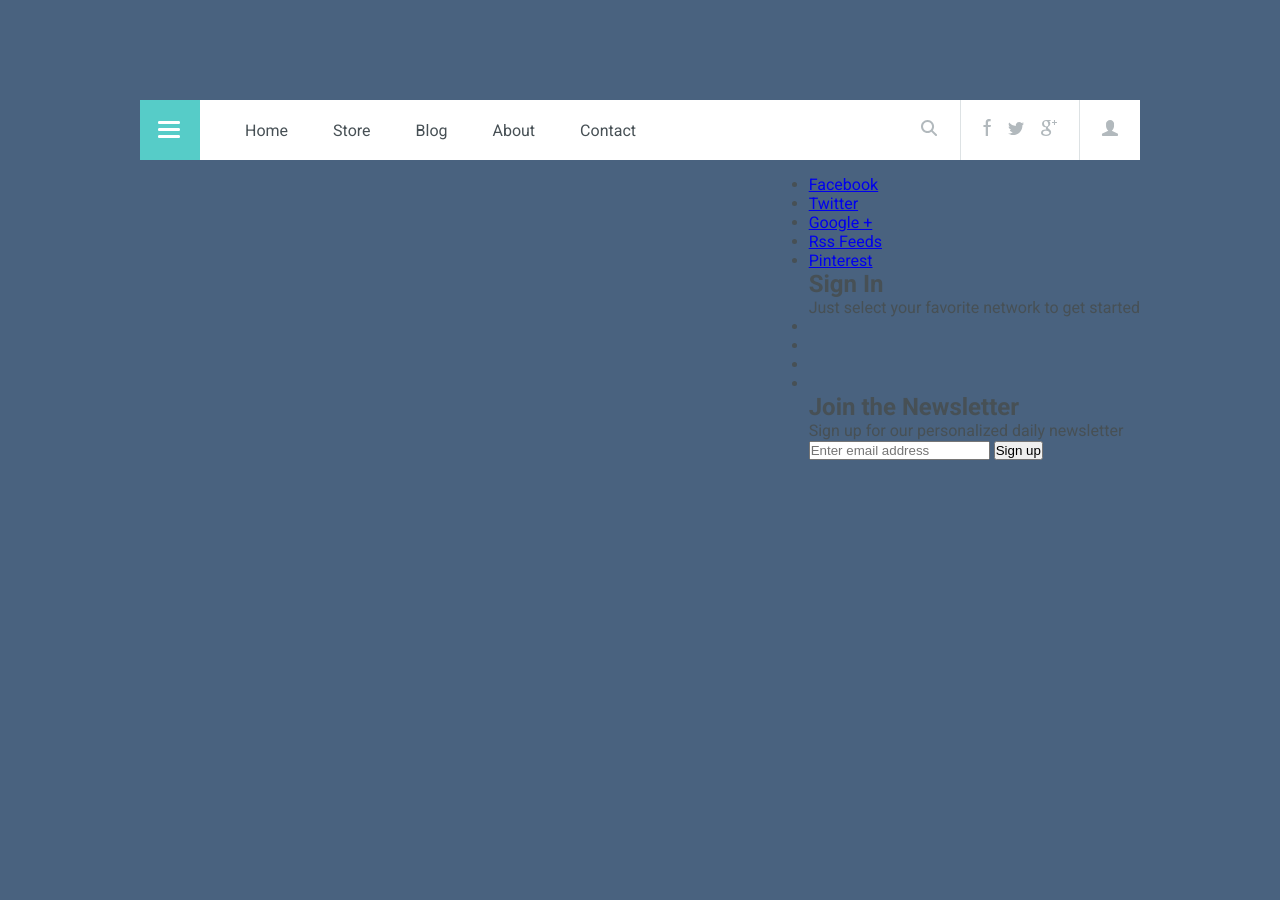
Repository: pawelczubak/WeeklyWebDevChallenge
Page: Challenge_4/index.html
These files come from the project's save history. The page is drawn as it stood at one moment and after the next save; the edit follows.
The browser window is 1280 px wide. The pictures show the whole page.
Some web libraries are served in a nearby version.

Above is the page before, as saved 2020-04-27 19:28:27.

After the next save:
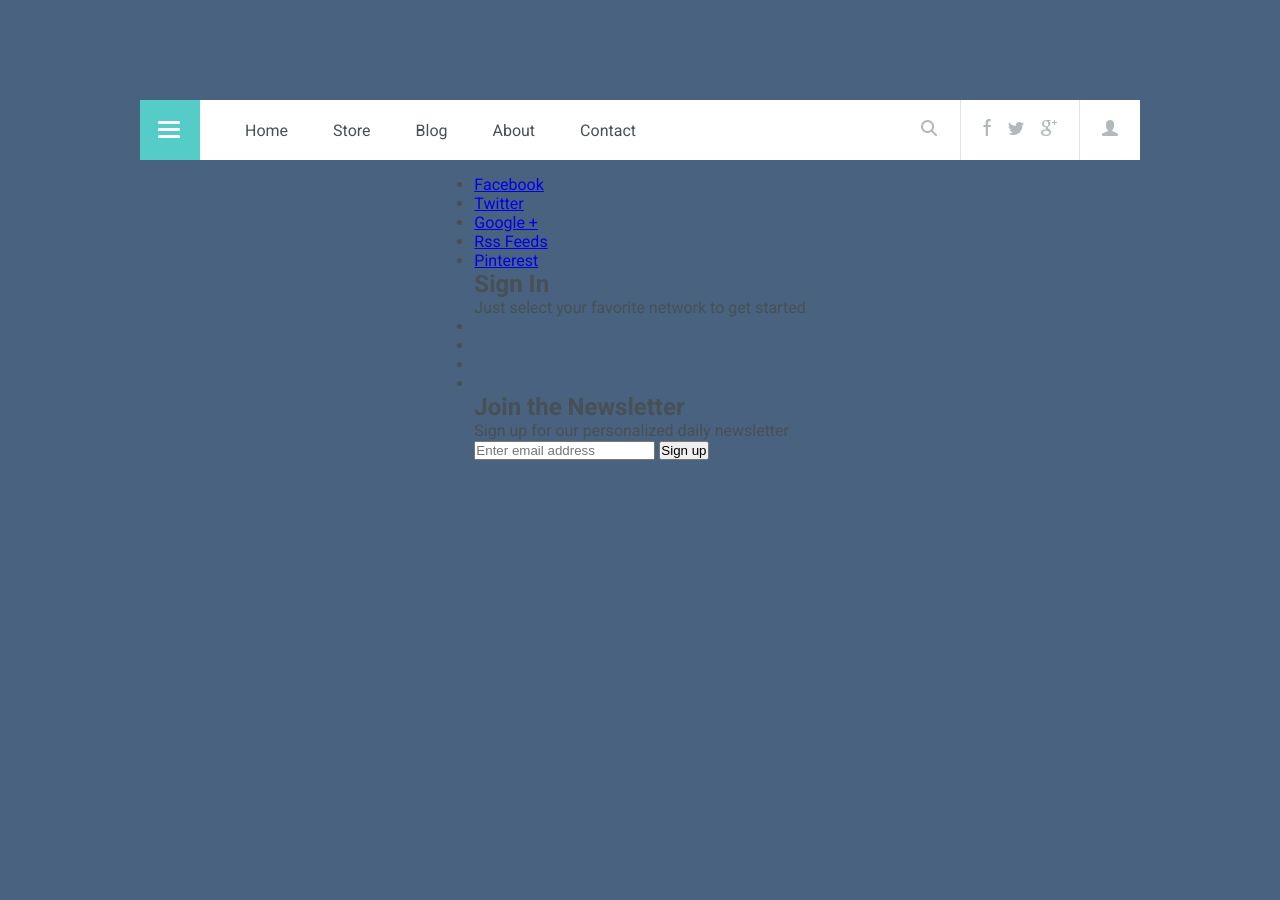
Saved 47 s later.
--- a/Challenge_4/css/main.css
+++ b/Challenge_4/css/main.css
@@ -143,6 +143,10 @@ body {
 
 /*------------------  MENU SECTION END  ------------------*/
 /*------------------  SOCIAL SECTION START  ------------------*/
+.social-section {
+    flex-grow: 1;
+}
+
 /*------------------  SOCIAL SECTION END  ------------------*/
 
 /*------------------  MAIN END  ------------------*/
